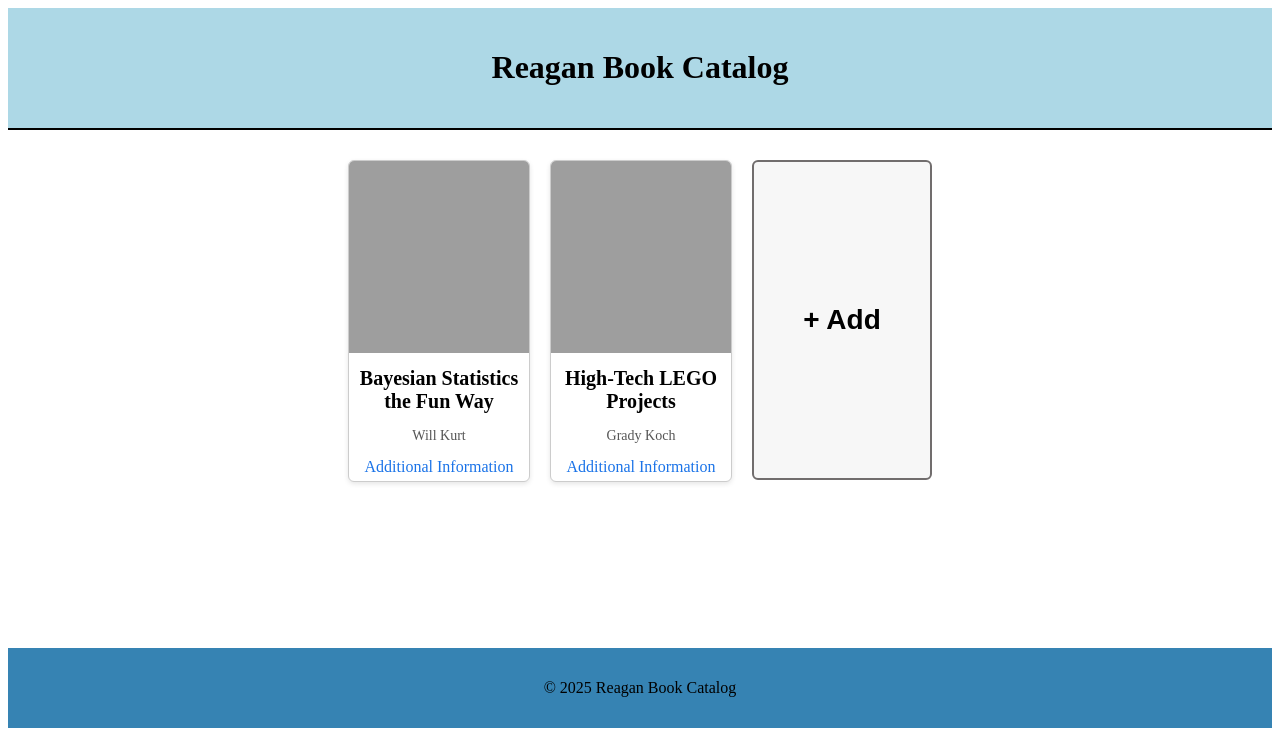
Repository: antyc0817/COMP-3170-Assignment-2-Reagan
Page: /
An editor plug-in stored every save of this project. The page is shown before and after a run of saves, followed by the edit.
The browser window is 1280 px wide. The pictures show the whole page.
Pictures or frames that could not be fetched are drawn as grey boxes. The project was rebuilt for these pictures with package versions that can differ from the ones it lists, and the page was loaded fresh each time. Also part of the build but not shown: vite.config.js, src/index.css.

Above is the page before, as saved 2025-09-11 18:36:52.

After the next 2 saves:
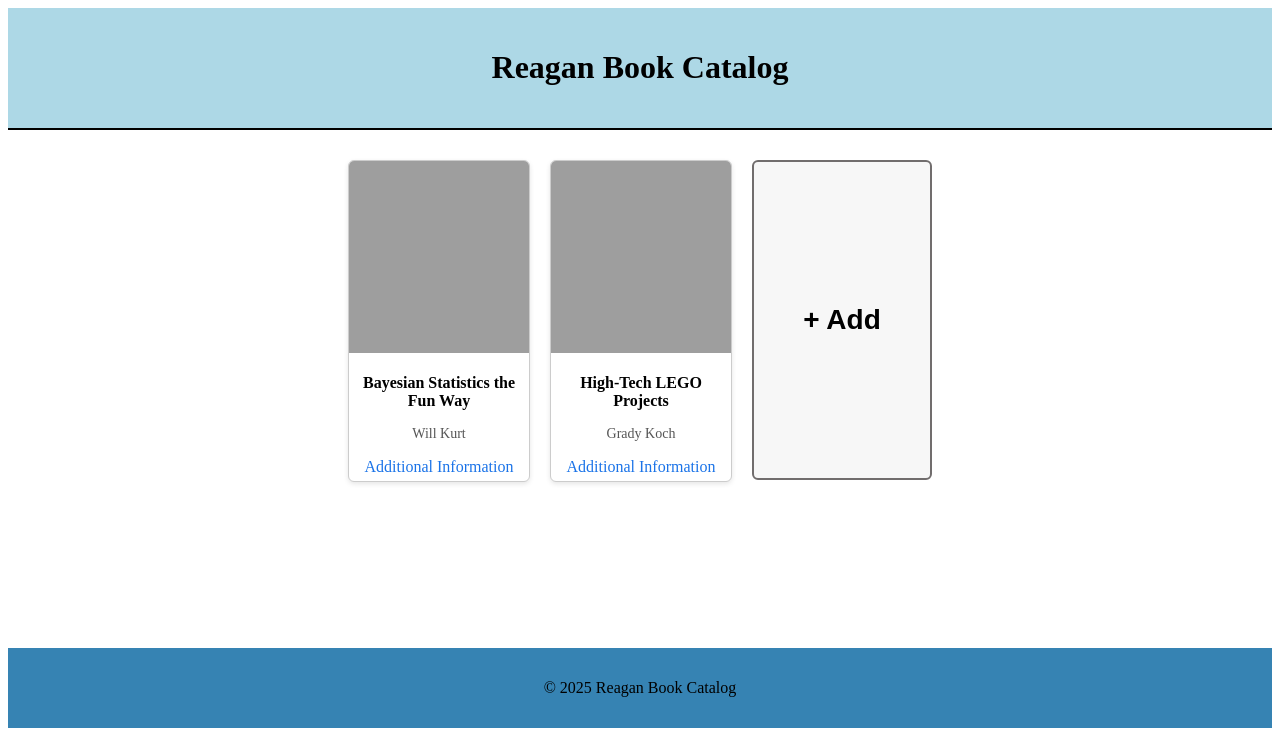
The 2 saves are shown as one change because they came seconds apart.
The last was saved 10 s later.
--- a/src/App.css
+++ b/src/App.css
@@ -53,14 +53,8 @@ remove the fixed height and width
 use align-content for container that holds the book information
 */
 
-.book h3 {
-    margin: 5px 0;
-    font-size: 20px;
-    text-align: center;
-}
-
 .book__title {
-    font-size: 50px;
+    font-size: 16px;
     margin: 10px 0 5px;
     text-align: center;
 }
